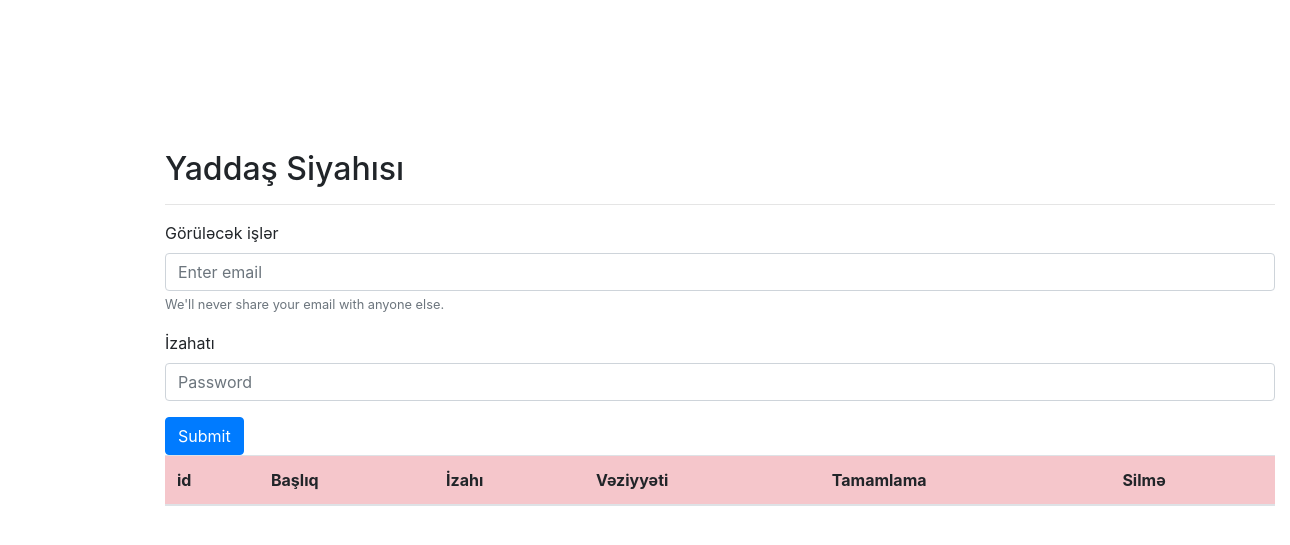
Repository: elvinyeka/ToDoApp
Page: http://localhost/
The author's editor kept a copy of each file at every save. The page is drawn from the files as they stood at one save, then again after the next save.
The browser window is 1280 px wide. The page is 1290 px wide, so the pictures cover 1290 px, including what lies to the right of the window. The pictures show the whole page.
Some web libraries are served in a nearby version. The page is served by the project's application, run on Flask 3 (todo.py).

Above is the page before, as saved 2020-09-27 20:01:28.

After the next save:
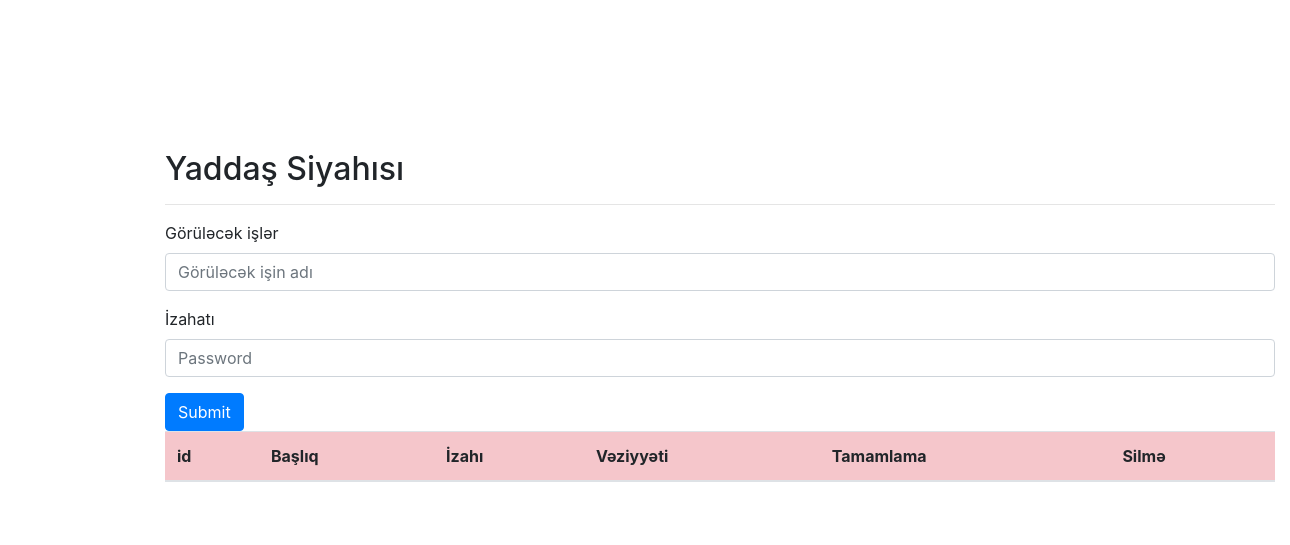
Saved 3 min 0 s later.
--- a/templates/index.html
+++ b/templates/index.html
@@ -14,9 +14,8 @@
         <hr>
         <form action="/add" method="POST">
             <div class="form-group">
-                <label for="exampleInputEmail1">Görüləcək işlər</label>
-                <input type="email" class="form-control" id="exampleInputEmail1" aria-describedby="emailHelp" placeholder="Enter email">
-                <small id="emailHelp" class="form-text text-muted">We'll never share your email with anyone else.</small>
+                <label for="todolist">Görüləcək işlər</label>
+                <input type="text" name="title" class="form-control" id="todolist" placeholder="Görüləcək işin adı">
             </div>
             <div class="form-group">
                 <label for="exampleInputPassword1">İzahatı</label>
